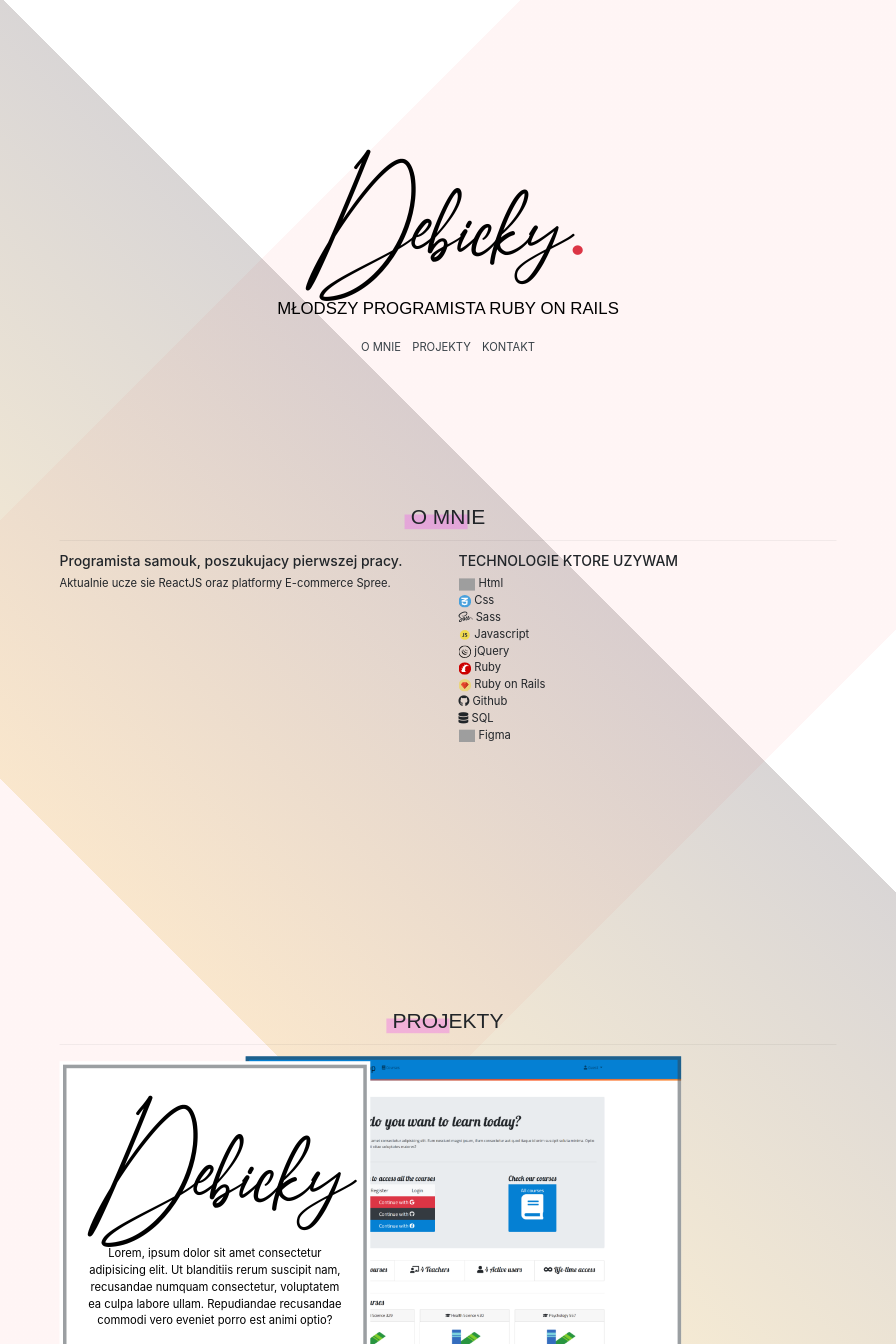
Repository: debicky/debicky.github.io
Page: index.html
These files come from the project's save history. The page is drawn as it stood at one moment and after the next save; the edit follows.
The browser window is 1280 px wide. The pictures show the part of the page from y = 0 to 1920 px (the page is 4035 px tall before and 4047 px after), at 70% of full size.
Pictures or frames that could not be fetched are drawn as grey boxes. Some web fonts or font styles are not loaded; a fallback is used. Some web libraries are served in a nearby version.

Above is the page before, as saved 2020-06-14 17:19:02.

### index.html
<!DOCTYPE html>
<html lang="en">
<head>
  <meta charset="UTF-8">
  <meta name="viewport" content="width=device-width, initial-scale=1.0">
  <title>Debicky</title>
  <link rel="stylesheet" href="https://stackpath.bootstrapcdn.com/bootstrap/4.5.0/css/bootstrap.min.css" integrity="sha384-9aIt2nRpC12Uk9gS9baDl411NQApFmC26EwAOH8WgZl5MYYxFfc+NcPb1dKGj7Sk" crossorigin="anonymous">
  <link rel="stylesheet" href="https://cdnjs.cloudflare.com/ajax/libs/font-awesome/5.11.2/css/all.min.css">
  <link rel="stylesheet" href="styles.css">
  <link rel="stylesheet" href="https://unpkg.com/aos@next/dist/aos.css" />

</head>
<body>


  <header>
    <div class="signature" data-aos="fade-in" data-aos-duration="2000">
      <h5 class="signature-heading ">Debicky<span class="text-danger font-weight-bolder">.</span></h5>
      <h3 class="signature-subheading">Młodszy Programista Ruby on Rails</h3>
    </div>

    <div class="container">
      <nav class="navbar navbar-expand-md p-0 rounded" data-aos="fade-in" data-aos-duration="3000">
        <button class="navbar-toggler" type="button" data-toggle="collapse" data-target="#navbarSupportedContent" aria-controls="navbarSupportedContent" aria-expanded="false" aria-label="Toggle navigation">
          <i class="fas fa-bars"></i>
          <i class="fas fa-times"></i>
        </button>

        <div class="collapse navbar-collapse d-md-flex justify-content-center" id="navbarSupportedContent">
          <ul class="navbar-nav">
            <li class="nav-item">
              <a class="nav-link" href="#about">O mnie</a>
            </li>
            <li class="nav-item">
              <a class="nav-link" href="#projects">Projekty</a>
            </li>
            <li class="nav-item">
              <a class="nav-link" href="#contact">Kontakt</a>
            </li>
          </ul>
        </div>
      </nav>
    </div>
  </header>

  <section class="about" id="about">
    <div class="container">
      <h1 class="text-center">O mnie</h1>
      <hr>

      <div class="row">
        <div class="col-12 col-md-6 col-lg-6 mb-5 mb-md-0">
          <h5>
            Programista samouk, poszukujacy pierwszej pracy.
          </h5>
          Aktualnie ucze sie ReactJS oraz platformy E-commerce Spree.
        </div>
        <div class="col-12 col-md-6 col-lg-6 mb-5 mb-md-0">
          <h5 class="text-uppercase">Technologie ktore uzywam</h5>
            <ul class="list-unstyled">
              <li>
                <img src="/images/icons/html.svg" alt=""> Html
              </li>
              <li>
                <img src="/images/icons/css.svg" alt=""> Css
              </li>
              <li>
                <i class="fab fa-sass"></i> Sass
              </li>
              <li>
                <img src="/images/icons/js.svg" alt=""> Javascript
              </li>
              <li>
                <img src="/images/icons/jquery.svg" alt=""> jQuery
              </li>
              <li>
                <img src="/images/icons/ror.svg" alt=""> Ruby
              </li>
              <li>
                <img src="/images/icons/ruby.svg" alt=""> Ruby on Rails
              </li>
              <li>
                <i class="fab fa-github"></i> Github
              </li>
              <li>
                <i class="fas fa-database"></i> SQL
              </li>
              <li>
                <img src="/images/icons/figma.svg" alt=""> Figma
              </li>

            </ul>
        </div>
        </div>
      </div>

    </div>
  </section>




  <section class="projects" id="projects">
    <div class="container">
      <h1 class="text-center">Projekty</h1>
      <hr>

      <div class="project-1">
        <div class="about-content">
          <div class="about-description">
            <div class="signature">
              <h5 class="signature-heading">Debicky</h5>
              <p>Lorem, ipsum dolor sit amet consectetur adipisicing elit. Ut blanditiis rerum suscipit nam, recusandae numquam consectetur, voluptatem ea culpa labore ullam. Repudiandae recusandae commodi vero eveniet porro est animi optio?</p>
            </div>
          </div>
          <div class="about-image">
            <a href="/images/1.jpeg">
              <img src="/images/course.png" alt="img1">
            </a>
          </div>
        </div>
      </div>
      <div class="project-1">
        <div class="about-content">
          <div class="about-description">
            <div class="signature">
              <h5 class="signature-heading">Debicky</h5>
              <p>Lorem, ipsum dolor sit amet consectetur adipisicing elit. Ut blanditiis rerum suscipit nam, recusandae numquam consectetur, voluptatem ea culpa labore ullam. Repudiandae recusandae commodi vero eveniet porro est animi optio?</p>
            </div>
          </div>
          <div class="about-image">
            <a href="/images/1.jpeg">
              <img src="/images/blog.png" alt="img1">
            </a>
          </div>
        </div>
      </div>
      <div class="project-1">
        <div class="about-content">
          <div class="about-description">
            <div class="signature">
              <h5 class="signature-heading">Debicky</h5>
              <p>Lorem, ipsum dolor sit amet consectetur adipisicing elit. Ut blanditiis rerum suscipit nam, recusandae numquam consectetur, voluptatem ea culpa labore ullam. Repudiandae recusandae commodi vero eveniet porro est animi optio?</p>
            </div>
          </div>
          <div class="about-image">
            <a href="/images/1.jpeg">
              <img src="/images/shop.png" alt="img1">
            </a>
          </div>
        </div>
      </div>

    </div>
  </section>

  <section class="contact" id="contact">
    <div class="container">
      <h1 class="text-center">Kontakt</h1>
      <hr>

      <div class="row">
        <div class="col-12 col-md-6 col-lg-6 mb-5 mb-md-0">
          <div class="jumbotron">
            Potrzebujesz wiecej informacji?
            Wyslij mi wiadomosc e-mail lub skontaktuj sie przez Messenger!
          </div>
        </div>
        <div class="col-12 col-md-6 col-lg-6 mb-5 mb-md-0">
          <div class="jumbotron">SECOND</div>
        </div>
      </div>
    </div>
  </section>


  <footer class="py-5">
    <div class="up" id="up">
      <i class="fas fa-chevron-up"></i>
    </div>
    <div class="container">
      <div class="row">
        <div class="col-12 col-md-5 col-lg-4 mb-5 mb-md-0">
          <div class="signature-footer">
            <h5 class="signature-footer-heading">Debicky<span class="text-danger font-weight-bolder">.</span></h5>
            <h3 class="signature-footer-subheading">Programista Ruby on Rails</h3>
          </div>
          <small class="d-block mt-2 text-muted">&copy; 2020</small>
        </div>
        <div class="col-12 col-md-5 col-lg-4 mb-5">
          <h5 class="text-uppercase">Media</h5>
            <ul class="list-unstyled mb-0">
              <li>
                <a href="https://www.facebook.com/artur.debicki.5" class="text-muted"><i class="fab fa-facebook"></i> Facebook</a>
              </li>
              <li>
                <a href="https://www.instagram.com/debicky" class="text-muted"><i class="fab fa-instagram"></i> Instagram</a>
              </li>
              <li>
                <a href="https://github.com/debicky" class="text-muted"><i class="fab fa-github"></i> Github</a>
              </li>
            </ul>
        </div>
        <div class="col-12 col-md-5 col-lg-4">
          <h5 class="text-uppercase">Kontakt</h5>
            <ul class="list-unstyled mb-0">
              <li>
                <a href="mailto:arturd444@gmail.com" class="text-muted"><i class="fas fa-envelope"></i> arturd444@gmail.com</a>
              </li>
              <li>
                <p class="text-muted"><i class="fa fa-phone"></i> +48 692 138 221</p>
              </li>
            </ul>
        </div>
      </div>
    </div>
  </footer>



  <script src="https://code.jquery.com/jquery-3.5.0.min.js" crossorigin="anonymous"></script>
  <script src="https://cdn.jsdelivr.net/npm/popper.js@1.16.0/dist/umd/popper.min.js" integrity="sha384-Q6E9RHvbIyZFJoft+2mJbHaEWldlvI9IOYy5n3zV9zzTtmI3UksdQRVvoxMfooAo" crossorigin="anonymous"></script>
  <script src="https://stackpath.bootstrapcdn.com/bootstrap/4.5.0/js/bootstrap.min.js" integrity="sha384-OgVRvuATP1z7JjHLkuOU7Xw704+h835Lr+6QL9UvYjZE3Ipu6Tp75j7Bh/kR0JKI" crossorigin="anonymous"></script>
  <script src="https://unpkg.com/aos@next/dist/aos.js"></script>
  <script src="script.js"></script>

</body>
</html>

### styles.css
@import url('https://fonts.googleapis.com/css?family=Playfair+Display+SC|Roboto:300,400&display=swap');

@font-face {
  font-family: "AmostelySignature";
  src: url("/fonts/AmostelySignature.ttf");
  }


* {
  margin: 0;
  padding: 0;
  box-sizing: border-box;
}

body {
  background-image: linear-gradient(45deg, transparent 0%, transparent 55%,rgba(238, 202, 125, 0.336) 55%, rgba(83, 67, 67, 0.219) 76%,transparent 76%, transparent 100%),linear-gradient(135deg, transparent 0%, transparent 14%,rgba(255,1,1, 0.04) 14%, rgba(255,1,1, 0.04) 41%,transparent 41%, transparent 100%),linear-gradient(45deg, transparent 0%, transparent 2%,rgba(255,1,1, 0.04) 2%, rgba(255,1,1, 0.04) 18%,transparent 18%, transparent 100%),linear-gradient(135deg, transparent 0%, transparent 61%,rgba(255,1,1, 0.04) 61%, rgba(255,1,1, 0.04) 71%,transparent 71%, transparent 100%),linear-gradient(90deg, rgb(255,255,255),rgb(255,255,255));
}

html {
  font-family: "Roboto", sans-serif;
}

a:hover {
  text-decoration: none;;
}

/* Heading */

header{
  height: 100vh;
  width: 100%;
  display: flex;
  flex-direction: column;
  align-items: center;
  justify-content: center;

}

.signature{
  color: black;
  text-align: center;
  user-select: none;
}

.signature-heading{
  font-family: 'AmostelySignature', cursive;
  font-size: 10rem;
  margin-bottom: 30px;
}

.signature-subheading{
  font-family: 'Playfair Display SC', sans-serif;
  font-size: 1.5rem;
  text-transform: uppercase;
  margin-bottom: 20px;
}

/* Navbar */

.navbar{
  background-color: #384147;
}

.navbar-toggler i{
  color: #fff;
  font-size: 1.2rem;
}

.navbar-toggler .fa-times{
  display: none;
}

.navbar-toggler.menu-open  .fa-bars{
  display: none;
}

.navbar-toggler.menu-open  .fa-times{
  display: block;
}

.navbar-nav{
  padding: 20px;
}

.nav-link{
  color: #fff;
  text-transform: uppercase;
  transition: opacity .5s;
  font-size: 1rem;
}

.nav-link:hover{
  color: maroon;
}

/* About */

.about{
  height: 100vh;
}

.about h1 {
  position: relative;
  z-index: 1;
}

.about h1::before {
  content: ' ';
  position: absolute;
  width: 3em;
  background: #ec52ec57;
  height: .7em;
  bottom: 0;
  z-index: -1;
  margin-left: -.3em;
}

.about img{
height: 18px;
}

.about-description{
  width: 100%;
  background-color: #fff;
  padding: 40px;
  outline: 5px solid rgba(56, 65, 71, 0.5);
  outline-offset: -5px;
  order: 1;
  margin-top: 5px;
}

.about-image{
  order: 2;
}

.about-image img{
  outline: 5px solid rgba(56, 65, 71, 0.5);
  outline-offset: -5px;
  width: 100%;
  height: auto;
  display: block;
}

.about-image a::after{
  font-family: 'Font Awesome 5 Free';
  content: "\f35d";
  font-weight: 600;
  position: absolute;
  top: 50%;
  left: 50%;
  transform: translate(-50%, -50%);
  color: maroon;
  font-size: 25px;
  z-index: 101;
  width: 70px;
  height: 70px;
  border: 3px solid maroon;
  border-radius: 100%;
  display: flex;
  align-items: center;
  justify-content: center;
  opacity: 0;
  transition: opacity .5s;
}

.about-image a:hover::after{
  opacity: .7;
}


/* Projects */

section h1{
  font-family: 'Playfair Display SC', sans-serif;
  font-size: 30px;
  text-transform: uppercase;
}

.project-1{
  margin-bottom: 10rem;
}

.projects h1 {
  position: relative;
  z-index: 1;
}

.projects h1::before {
  content: ' ';
  position: absolute;
  width: 3em;
  background: #ec52ec57;
  height: .7em;
  bottom: 0;
  z-index: -1;
  margin-left: -.3em;
}





/* Contact */

.contact{
  height: 100vh;
}

.contact h1 {
  position: relative;
  z-index: 1;
}

.contact h1::before {
  content: ' ';
  position: absolute;
  width: 3em;
  background: #ec52ec57;
  height: .7em;
  bottom: 0;
  z-index: -1;
  margin-left: -.3em;
}


.jumbotron{
  width: 100%;
  display: flex;
  align-items: center;
  justify-content: center;
}

/* Footer */


footer {
  background-color: #151515;
  color: #fff;
}

.signature-footer{
  user-select: none;
}

.signature-footer-heading{
  font-family: 'AmostelySignature', cursive;
  font-size: 50px;
  margin-bottom: 30px;
  color: #fff;
}

.signature-footer-subheading{
  font-family: 'Playfair Display SC', sans-serif;
  font-size: 12px;
  text-transform: uppercase;
  color: #fff;
}

footer h5{
  font-family: 'Playfair Display SC', sans-serif;

}


a.text-muted:hover{
  color: maroon !important;
}

.up{
  position: absolute;
  width: 5rem;
  height: 5rem;
  background-color: #fff;
  right: 3rem;
  border-radius: 100%;
  display: flex;
  animation: pulse 2.5s infinite;
  cursor: pointer;
  z-index: 1;
}

.up i{
  color: #151515;
  font-size: 2rem;
  margin: auto;
}

@keyframes pulse {
  0%{
    box-shadow: 0 0 0 0 rgba(238, 132, 125, 0.99);
  }
  70%{
    box-shadow: 0 0 0 2rem rgba(238, 202, 125, 0);

  }
  100%{
    box-shadow: 0 0 0 0 rgba(238, 202, 125, 0);

  }
}

/* Responsive */

@media screen and (min-width: 768px) {
  .navbar{
    background-color: transparent;
  }
  .navbar-nav{
    padding: 0;
  }
  .nav-link{
    color: #384147;
  }

  nav:hover .nav-link:not(:hover){
    opacity: .5;
  }

  .about-content{
    position: relative;
    display: block;
  }

  .about-description{
    position: absolute;
    top: 80%;
    transform: translateY(-50%);
    width: 60%;
    outline-offset: -10px;
  }

  .about-image img{
    width: 70%;
    margin-left: auto;
  }

}

@media screen and (min-width: 1200px) {
  .about-description{
    top: 50%;
    width: 40%;
  }

  .about-image{
    width: 80%;
  }

  .contact{
    height: 70vh;
  }

  footer{
    height: 30vh;
  }

}

### script.js
$(document).ready(function () {

  AOS.init();


  $('.navbar-toggler').on('click', function () {
    $(this).toggleClass('menu-open');
  })

  $('.navbar .nav-link').on('click', function () {
    $('.navbar-collapse').toggleClass('show')
    $('.navbar-toggler').removeClass('menu-open')
  });

  $('nav a[href*="#').on('click', function () {
    $('html, body').animate({
      scrollTop: $($(this).attr('href')).offset().top
    }, 900);
  });

  $('#up').on('click', function () {
    $('html, body').animate({
      scrollTop: 0
    }, 900);
  });






})

After the next save:
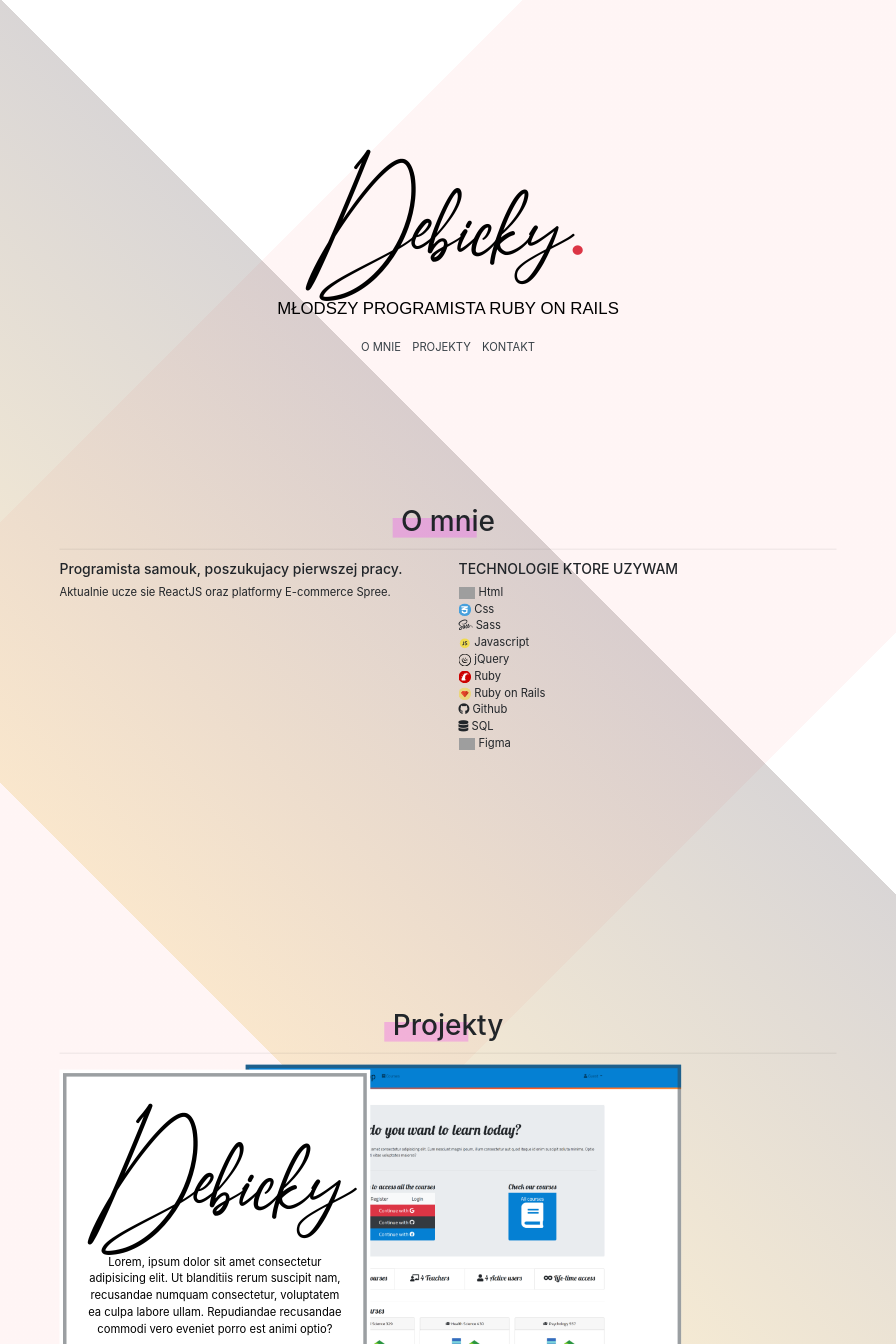
Saved 17 s later.
--- a/styles.css
+++ b/styles.css
@@ -170,11 +170,7 @@
 
 /* Projects */
 
-section h1{
-  font-family: 'Playfair Display SC', sans-serif;
-  font-size: 30px;
-  text-transform: uppercase;
-}
+
 
 .project-1{
   margin-bottom: 10rem;

After the save that followed:
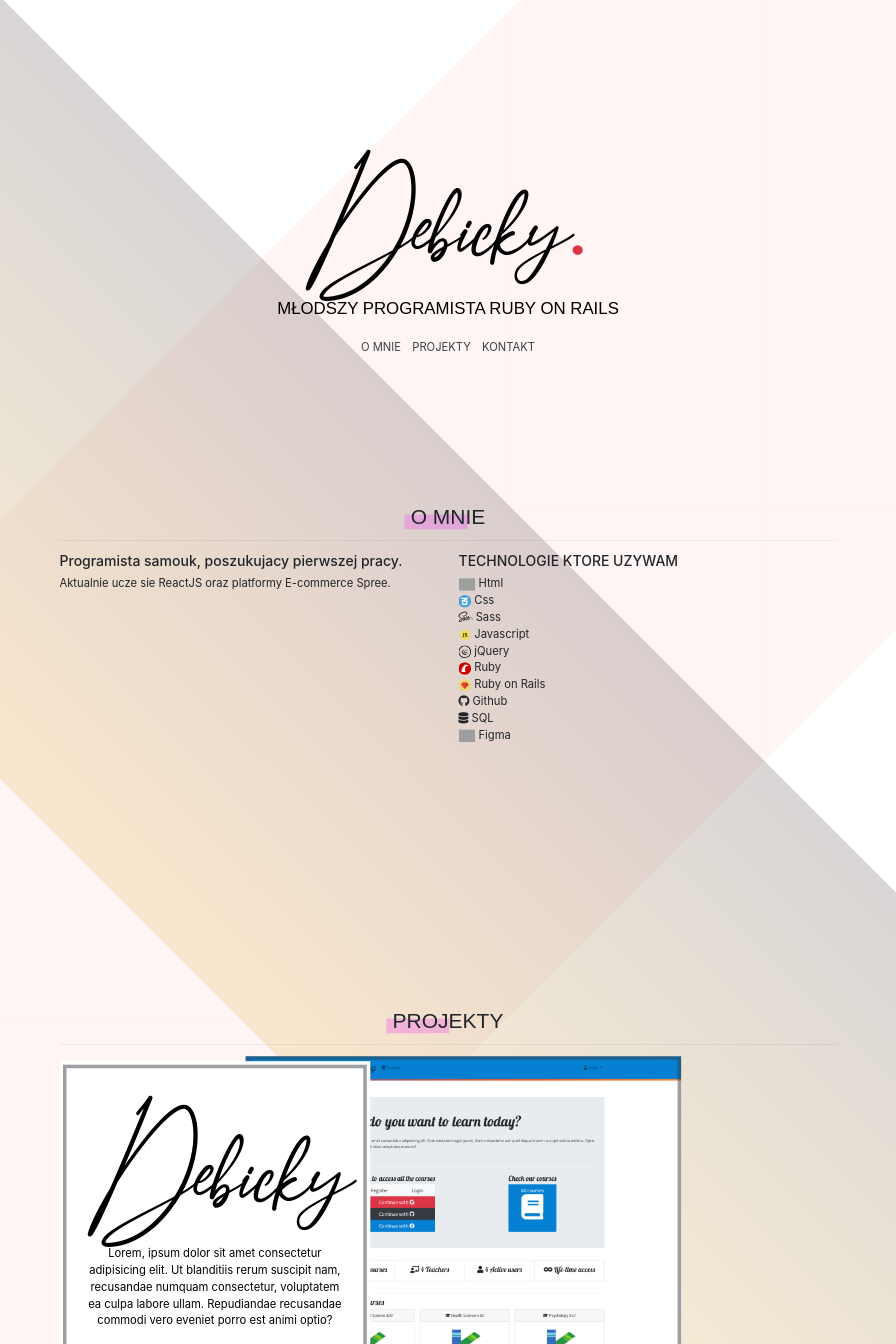
Saved 13 s later.
--- a/styles.css
+++ b/styles.css
@@ -170,7 +170,11 @@
 
 /* Projects */
 
-
+section h1{
+  font-family: 'Playfair Display SC', sans-serif;
+  font-size: 30px;
+  text-transform: uppercase;
+}
 
 .project-1{
   margin-bottom: 10rem;
